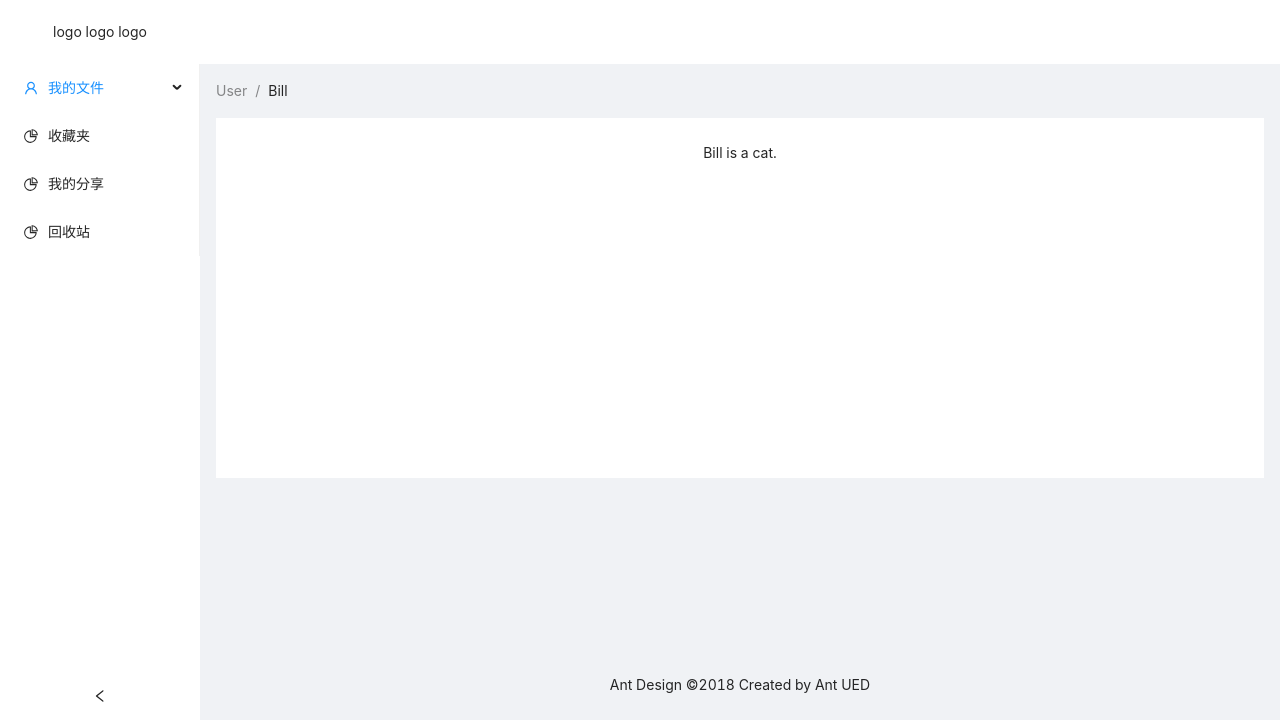
Repository: xstnet/starfire-cloud-fe
Page: /
These files come from the project's save history. The page is drawn as it stood at one moment and after the next save; the edit follows.
The browser window is 1280 px wide. The pictures show the whole page.
The project was rebuilt for these pictures with package versions that can differ from the ones it lists, and the page was loaded fresh each time.

Above is the page before, as saved 2021-09-12 16:22:54.

### src/App.js
import React from 'react';
import { Button } from 'antd';
import './App.css';
import MainLayout from './page/layout/main'

const App = () => (
  <div className="App">
    <MainLayout></MainLayout>
  </div>
);

export default App;

### src/page/layout/main.jsx
import React from 'react';
import { Layout, Menu, Breadcrumb } from 'antd';
import {
  DesktopOutlined,
  PieChartOutlined,
  FileOutlined,
  TeamOutlined,
  UserOutlined,
} from '@ant-design/icons';
import './main.css';

const { Header, Content, Footer, Sider } = Layout;
const { SubMenu } = Menu;

class MainLayout extends React.Component {
  state = {
    collapsed: false,
  };

  onCollapse = collapsed => {
    console.log(collapsed);
    this.setState({ collapsed });
  };

  render() {
    const { collapsed } = this.state;
    return (
      <Layout style={{ minHeight: '100vh' }}>
        <Sider theme="light" collapsible collapsed={collapsed} onCollapse={this.onCollapse}>
          <div className="logo">
              logo logo logo
          </div>
          <Menu defaultSelectedKeys={['all']} mode="inline">
            <SubMenu key="my-file" icon={<UserOutlined />} title="我的文件">
              <Menu.Item key="all">全部文件</Menu.Item>
              <Menu.Item key="doc">文档</Menu.Item>
              <Menu.Item key="imgage">图片</Menu.Item>
              <Menu.Item key="audio">音频</Menu.Item>
              <Menu.Item key="video">视频</Menu.Item>
              <Menu.Item key="other">其他</Menu.Item>
            </SubMenu>
            <Menu.Item key="favorite" icon={<PieChartOutlined />}>
              收藏夹
            </Menu.Item>
            <Menu.Item key="share" icon={<PieChartOutlined />}>
              我的分享
            </Menu.Item>
            <Menu.Item key="recycle" icon={<PieChartOutlined />}>
              回收站
            </Menu.Item>
          </Menu>
        </Sider>
        <Layout className="site-layout">
          <Header className="site-layout-background" style={{ padding: 0 }} />
          <Content style={{ margin: '0 16px' }}>
            <Breadcrumb style={{ margin: '16px 0' }}>
              <Breadcrumb.Item>User</Breadcrumb.Item>
              <Breadcrumb.Item>Bill</Breadcrumb.Item>
            </Breadcrumb>
            <div className="site-layout-background" style={{ padding: 24, minHeight: 360 }}>
              Bill is a cat.
            </div>
          </Content>
          <Footer style={{ textAlign: 'center' }}>Ant Design ©2018 Created by Ant UED</Footer>
        </Layout>
      </Layout>
    );
  }
}

export default MainLayout;

### src/page/layout/main.css
 .logo {
    height: 64px;
    line-height: 64px;
    text-align: center;
  }

  .site-layout .site-layout-background {
    background: #fff;
  }

Loaded but not shown: public/index.html (common file); src/index.js (common file); src/index.css (common file); src/reportWebVitals.js (common file); src/App.css (common file)

After the next save:
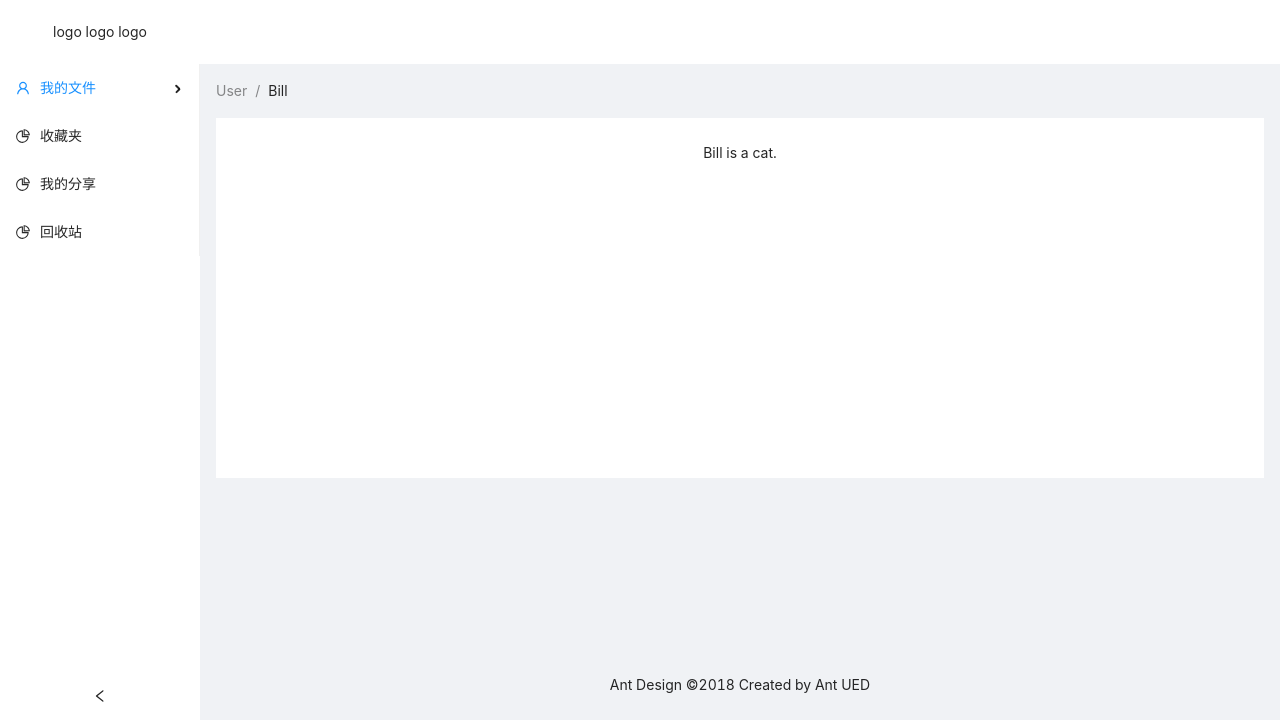
Saved 22 s later.
--- a/src/page/layout/main.jsx
+++ b/src/page/layout/main.jsx
@@ -30,7 +30,7 @@
           <div className="logo">
               logo logo logo
           </div>
-          <Menu defaultSelectedKeys={['all']} mode="inline">
+          <Menu defaultSelectedKeys={['all']} >
             <SubMenu key="my-file" icon={<UserOutlined />} title="我的文件">
               <Menu.Item key="all">全部文件</Menu.Item>
               <Menu.Item key="doc">文档</Menu.Item>

After the save that followed:
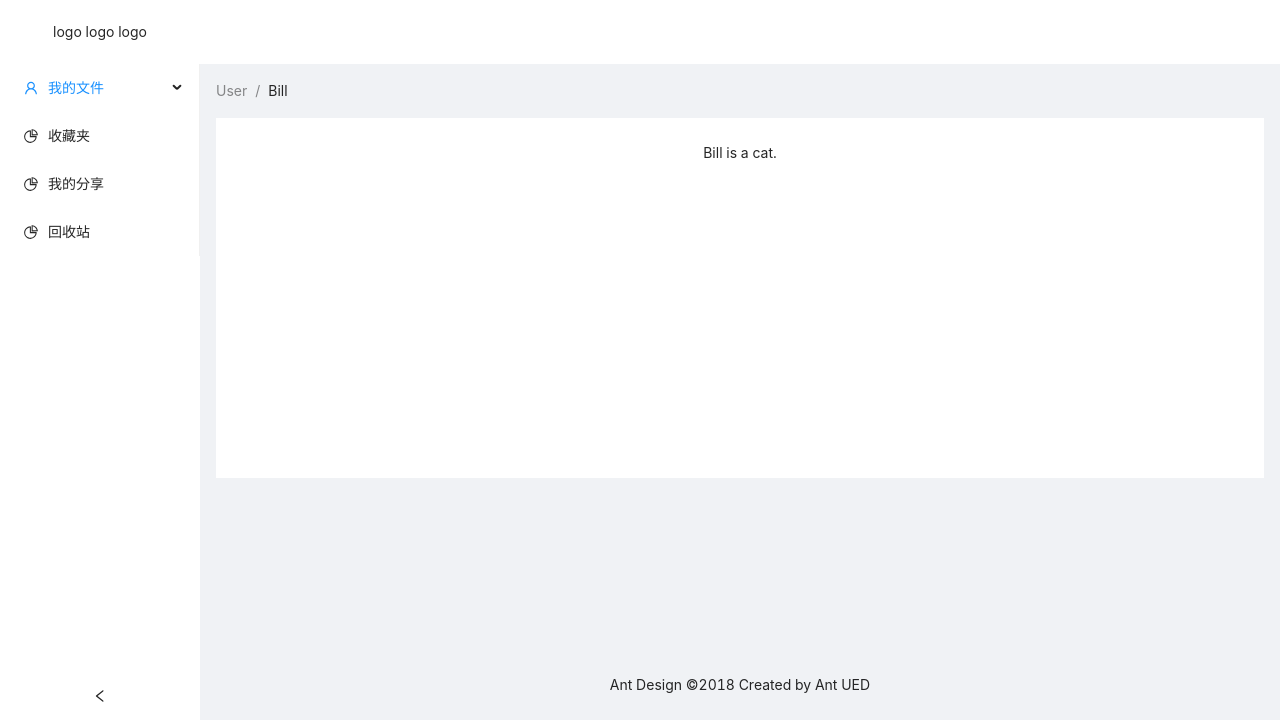
Saved 7 s later.
--- a/src/page/layout/main.jsx
+++ b/src/page/layout/main.jsx
@@ -30,7 +30,7 @@
           <div className="logo">
               logo logo logo
           </div>
-          <Menu defaultSelectedKeys={['all']} >
+          <Menu defaultSelectedKeys={['all']} mode="inline">
             <SubMenu key="my-file" icon={<UserOutlined />} title="我的文件">
               <Menu.Item key="all">全部文件</Menu.Item>
               <Menu.Item key="doc">文档</Menu.Item>
